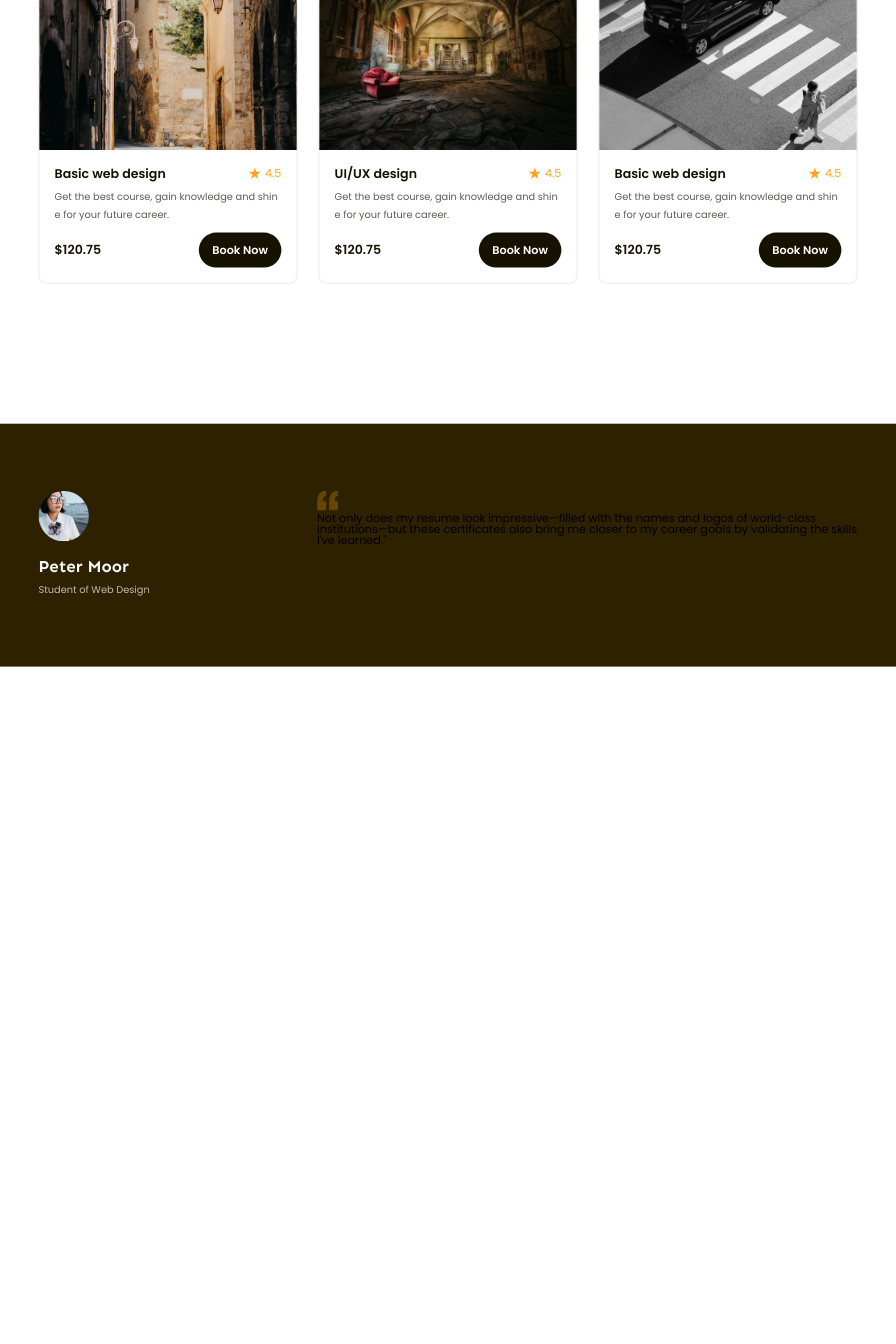
Repository: empty24062002/f8-htmlcss-02-pratice
Page: index.html
An editor plug-in stored every save of this project. The page is shown before and after the next save, followed by the edit.
The browser window is 1280 px wide. The pictures show the part of the page from y = 1315 to 3235 px (the page is 5187 px tall), at 70% of full size.
A picture or video elsewhere on the page could not be fetched, so the positions and the page height are approximate.

Above is the page before, as saved 2023-07-19 09:40:05.

After the next save:
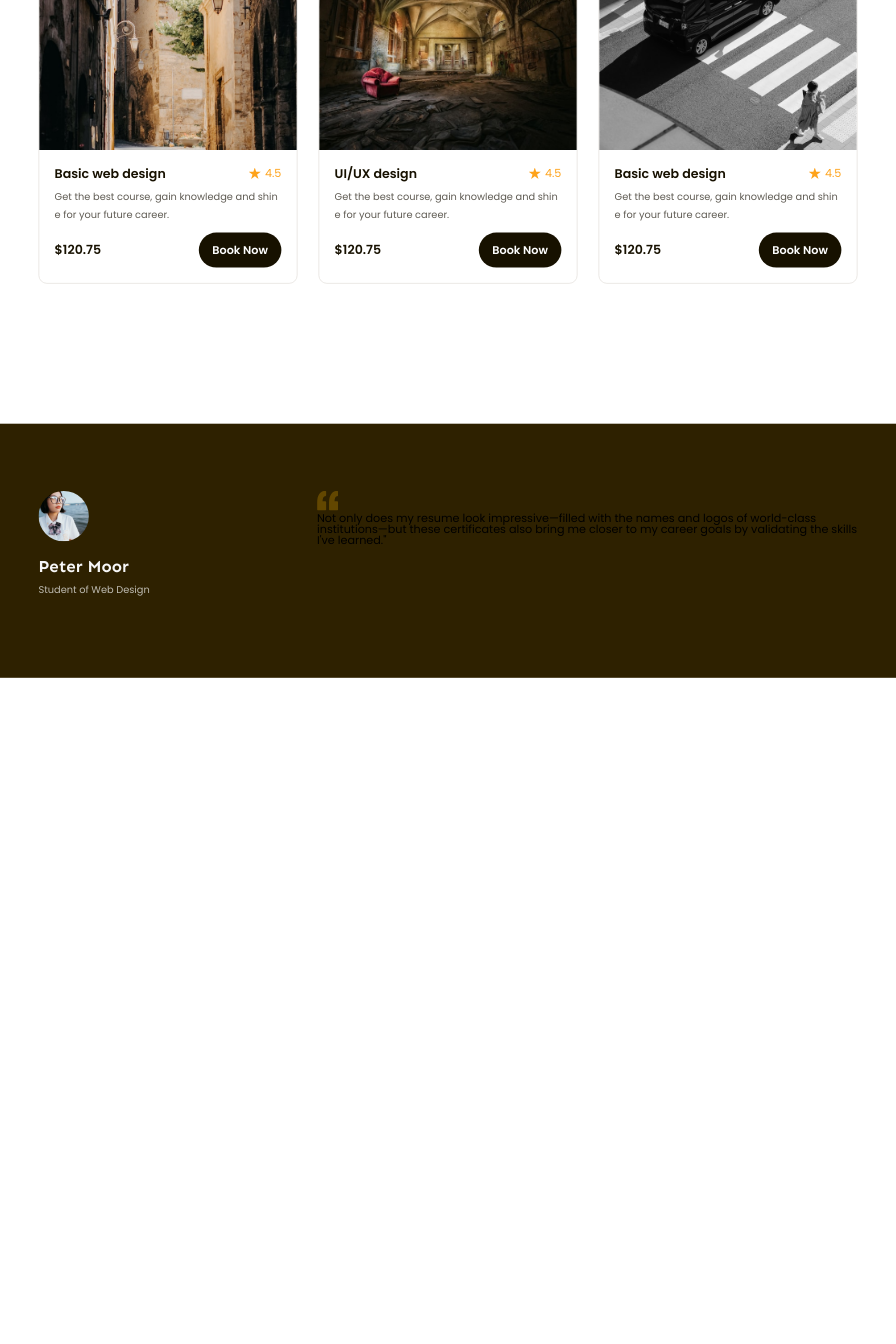
Saved 75 s later.
--- a/assets/css/styles.css
+++ b/assets/css/styles.css
@@ -440,10 +440,12 @@ a {
 }
 
 .feedback-item .dot {
+    margin-right: 6px;
     width: 6px;
     height: 6px;
-    border-radius: 6px;
-    background: red;
+    border-radius: 50%;
+    background: #634700;
+    cursor: pointer;
 }
 
 .feedback .content {
